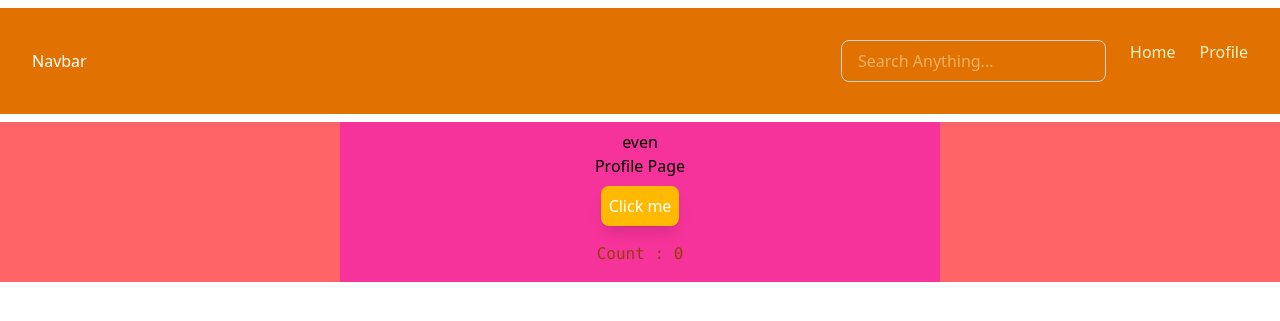
Repository: samit2059/CollegeReact
Page: / (app in react/collegereact/)
An editor plug-in stored every save of this project. The page is shown before and after a run of saves, followed by the edit.
The browser window is 1280 px wide. The pictures show the whole page.
The project was rebuilt for these pictures with package versions that can differ from the ones it lists, and the page was loaded fresh each time. Also part of the build but not shown: react/collegereact/vite.config.js, react/collegereact/src/App.jsx, react/collegereact/src/navbar.jsx, react/collegereact/src/Props Example/First.jsx, react/collegereact/src/Props Example/Second.jsx.

Above is the page before, as saved 2026-01-21 11:07:21.

After the next 3 saves:
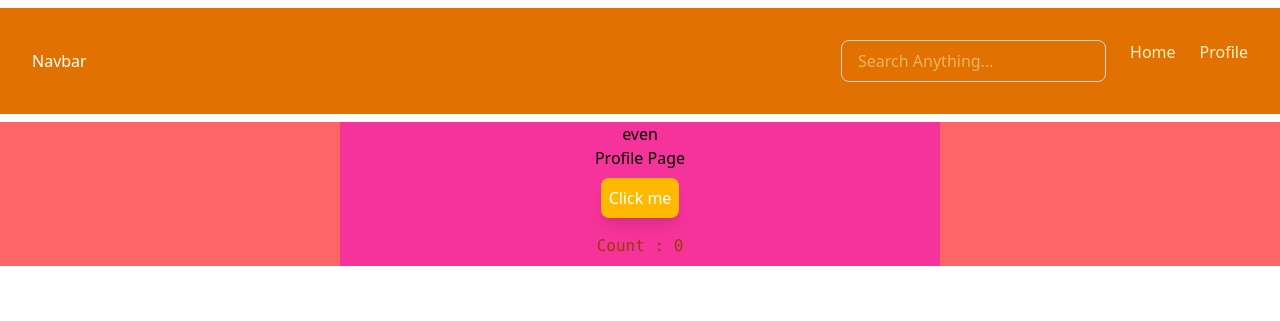
The 3 saves are shown as one change because they came seconds apart.
The last was saved 11 s later.
--- a/react/collegereact/src/StateExamples/profile.jsx
+++ b/react/collegereact/src/StateExamples/profile.jsx
@@ -4,7 +4,7 @@
     const [count, setCount] = useState(0);
     return (
         <div className="items-center justify-center bg-red-400 text-center flex">
-        <div className="p-2 bg-pink-500 w-[600px] items-center justify-center">
+        <div className=" bg-pink-500 w-[600px] items-center justify-center">
             {count%2 == 0 ? <h2>even</h2> : <h2>ODD</h2>}
             <h1>Profile Page</h1>
             <button onClick={() => setCount(count+1)} className="p-2 m-2 bg-amber-400 font-medium rounded-lg shadow-lg text-white">Click me</button>

After the save that followed:
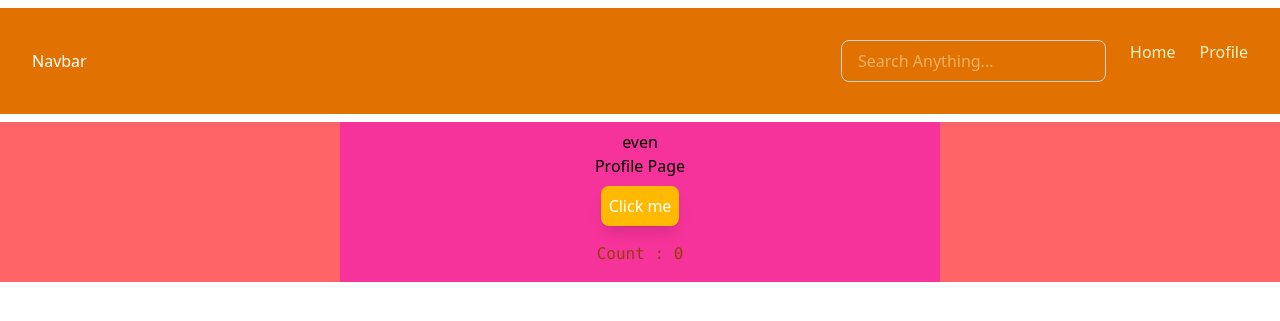
Saved 13 s later.
--- a/react/collegereact/src/StateExamples/profile.jsx
+++ b/react/collegereact/src/StateExamples/profile.jsx
@@ -4,7 +4,7 @@
     const [count, setCount] = useState(0);
     return (
         <div className="items-center justify-center bg-red-400 text-center flex">
-        <div className=" bg-pink-500 w-[600px] items-center justify-center">
+        <div className="p-2 bg-pink-500 w-[600px] items-center justify-center">
             {count%2 == 0 ? <h2>even</h2> : <h2>ODD</h2>}
             <h1>Profile Page</h1>
             <button onClick={() => setCount(count+1)} className="p-2 m-2 bg-amber-400 font-medium rounded-lg shadow-lg text-white">Click me</button>
